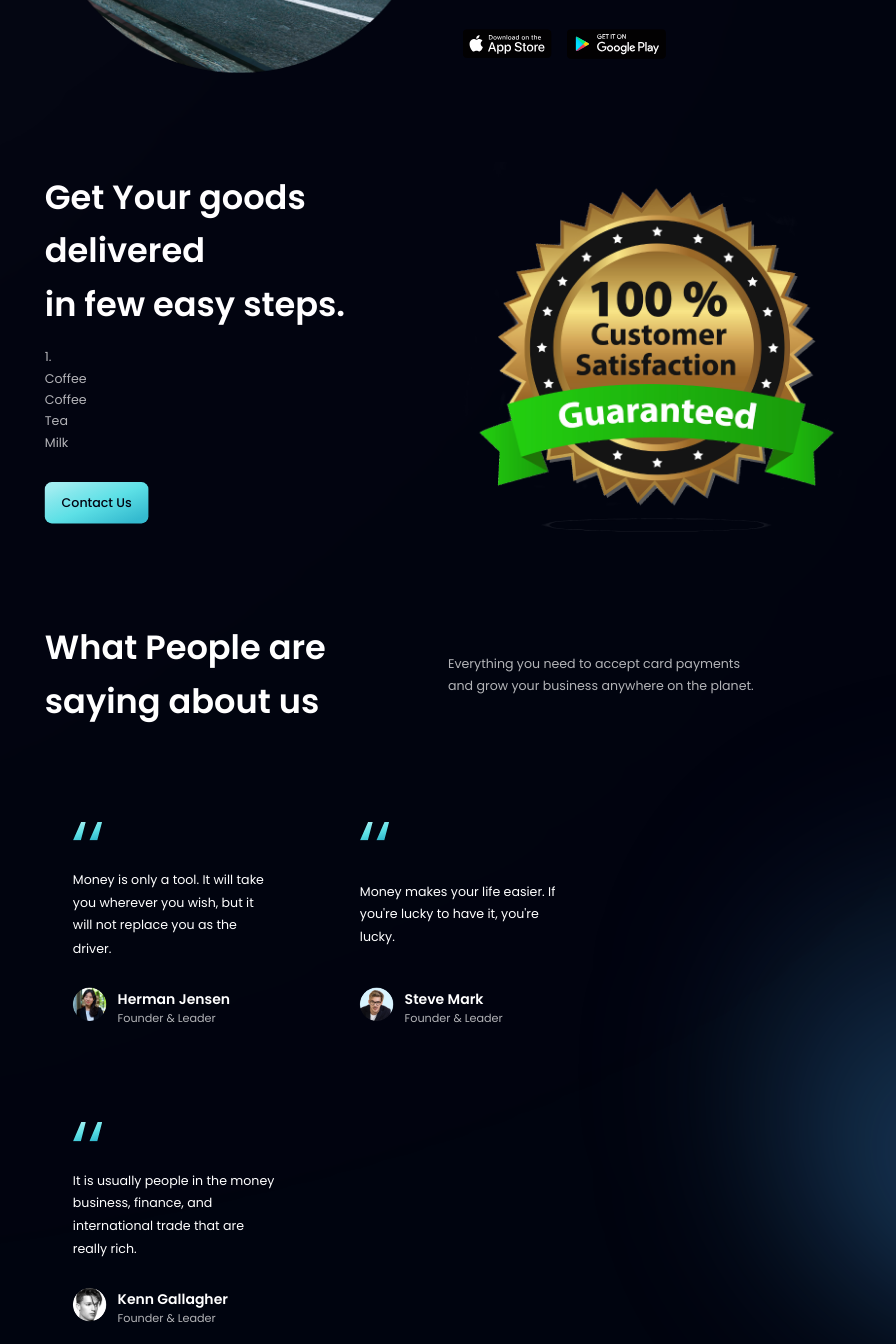
Repository: Miracleoluebube/captionlogistics
Page: /
These files come from the project's save history. The page is drawn as it stood at one moment and after a run of saves; the edit follows.
The browser window is 1280 px wide. The pictures show the part of the page from y = 2444 to 4364 px (the page is 5409 px tall before and 5415 px after), at 70% of full size.
The project was rebuilt for these pictures with package versions that can differ from the ones it lists, and the page was loaded fresh each time. Also part of the build but not shown: vite.config.js.

Above is the page before, as saved 2022-10-02 17:48:48.

After the next 2 saves:
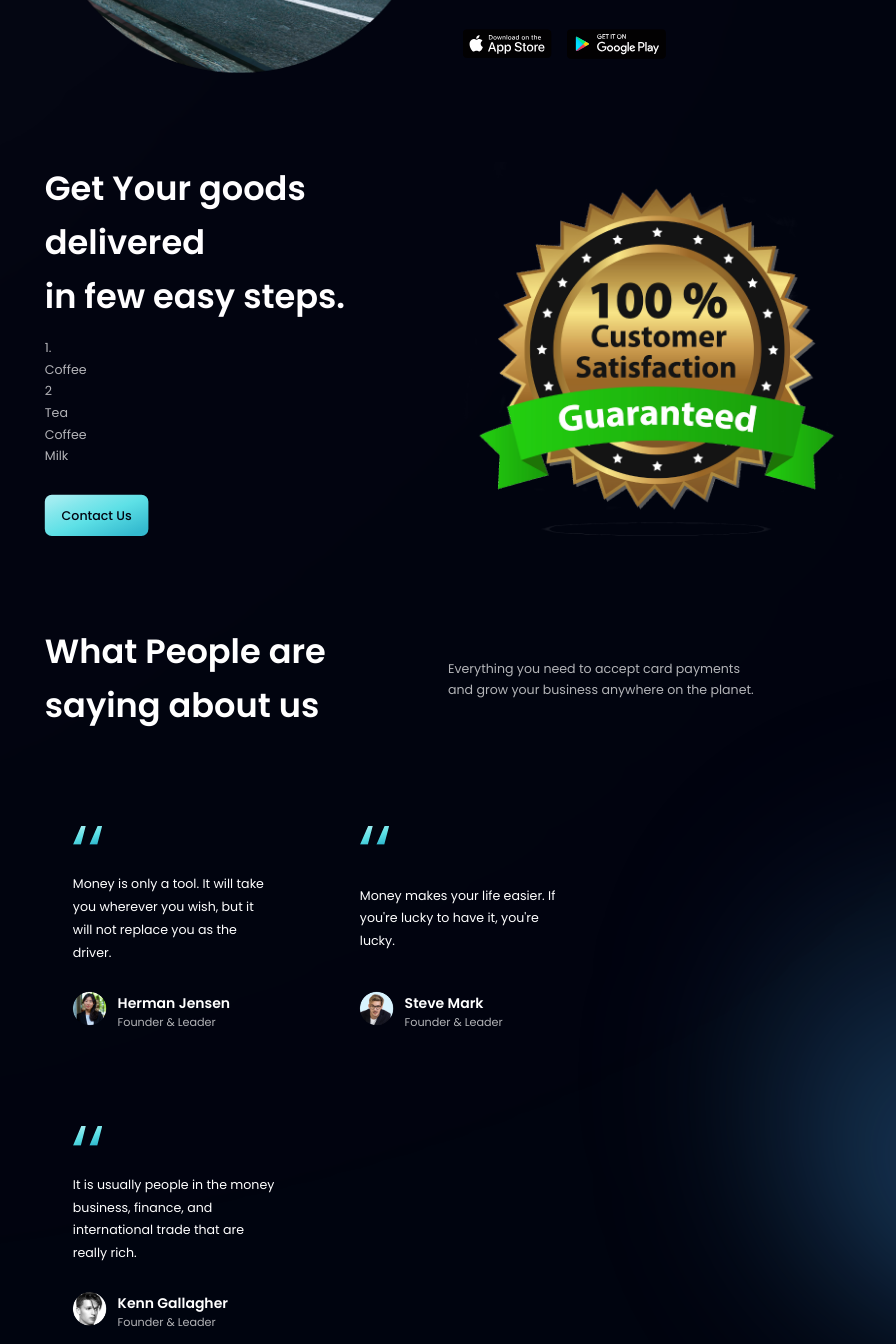
The 2 saves are shown as one change because they came seconds apart.
The last was saved 8 s later.
--- a/src/components/CardDeal.jsx
+++ b/src/components/CardDeal.jsx
@@ -13,8 +13,9 @@
       <ol type="1">
       <li>1.</li>
   <li>Coffee</li>
+  <li>2</li>
+  <li>Tea</li>
   <li>Coffee</li>
-  <li>Tea</li>
   <li>Milk</li>
 </ol>
       </p>
